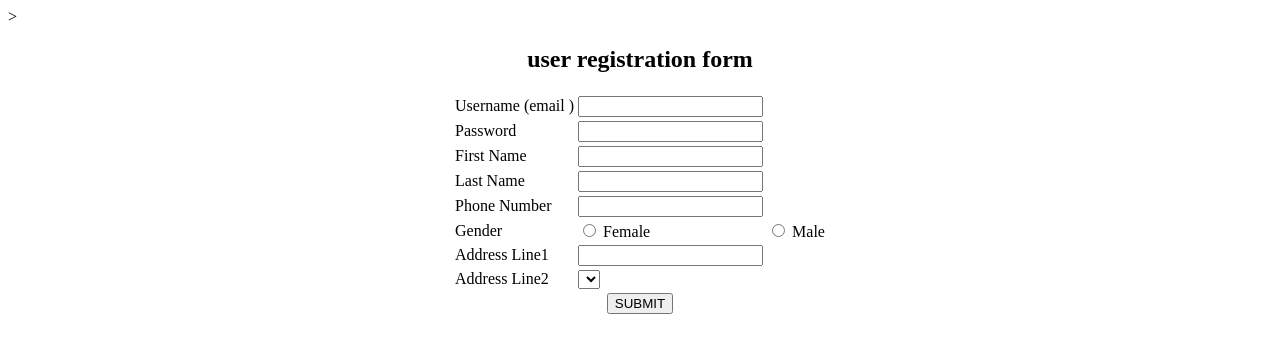
Repository: mohitpratapsingh/GSAP2015
Page: http://localhost/Team-C/WEB-INF/views/userRegistrationForm.jsp
The author's editor kept a copy of each file at every save. The page is drawn from the files as they stood at one save, then again after the next save.
The browser window is 1280 px wide. The pictures show the whole page.
The page is served by Tomcat 9. Nobody is signed in. The template is opened directly, without the code that normally fills it, so the values that code supplies are empty.

Above is the page before, as saved 2015-09-08 06:21:09.

After the next save:
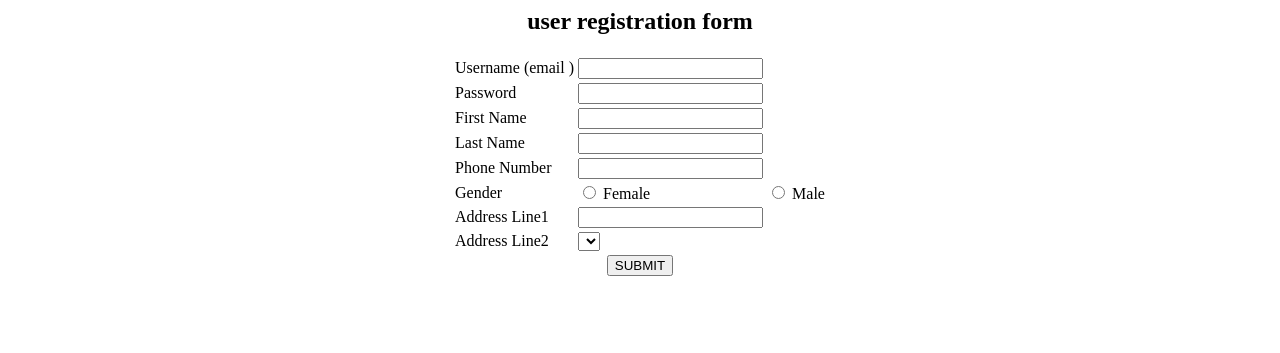
Saved 101 min 7 s later.
--- a/Team-C/src/main/webapp/WEB-INF/views/userRegistrationForm.jsp
+++ b/Team-C/src/main/webapp/WEB-INF/views/userRegistrationForm.jsp
@@ -7,7 +7,7 @@
     /* body {background-color:lightgray}
 h2   {color:blue} */
 p    {color:red}
-    </style>>
+    </style>
 </head>
 <body>
 <center>
